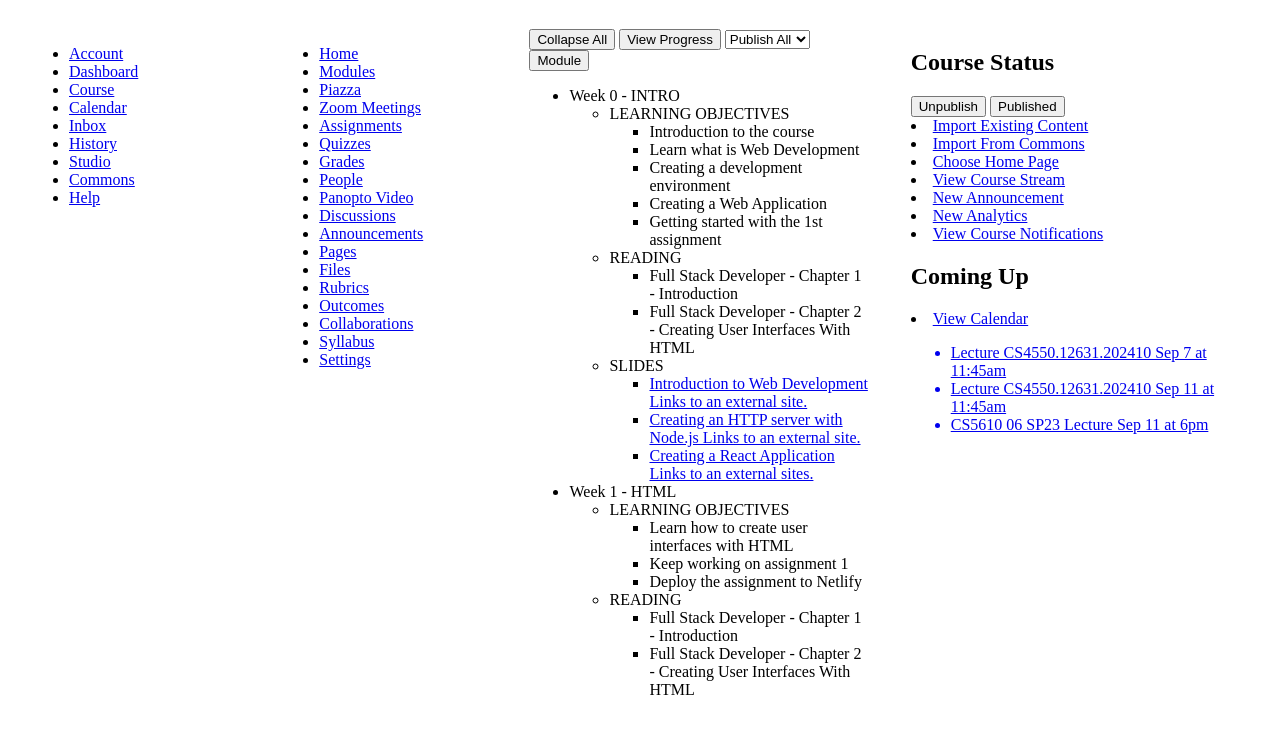
Repository: yuqiant/kanbas-react-web-app
Page: public/kanbas/grades.html
These files come from the project's save history. The page is drawn as it stood at one moment and after the next save; the edit follows.
The browser window is 1280 px wide. The pictures show the whole page.

Above is the page before, as saved 2023-09-12 00:41:49.

### public/kanbas/grades.html
<!DOCTYPE html>
<html lang="en">

<head>
    <meta charset="UTF-8">
    <meta name="viewport" content="width=device-width, initial-scale=1.0">
    <title>Column Interaction</title>
    <style>
        table {
            width: 100%;
            border-collapse: collapse;
        }

        td {
            width: 50%;
            border: 1px solid transparent;
            padding: 20px;
            vertical-align: top;
        }
    </style>
</head>

<body>
    <table>
        <tr>
            <td id="firstColumn" style="width: 150px;">
                <ul>
                    <li><a href="#">Account</a></li>
                    <li><a href="#">Dashboard</a></li>
                    <li><a href="#" onclick="showSecondColumn()">Course</a></li>
                    <li><a href="#">Calendar</a></li>
                    <li><a href="#">Inbox</a></li>
                    <li><a href="#">History</a></li>
                    <li><a href="#">Studio</a></li>
                    <li><a href="#">Commons</a></li>
                    <li><a href="#">Help</a></li>
                </ul>
            </td>
            <td id="secondColumn" style="width: 150px;">
                <ul>
                    <li><a href="#" onclick="showThirdColumn()">Home</a></li>
                    <li><a href="#">Modules</a></li>
                    <li><a href="#">Piazza</a></li>
                    <li><a href="#">Zoom Meetings</a></li>
                    <li><a href="#">Assignments</a></li>
                    <li><a href="#">Quizzes</a></li>
                    <li><a href="#">Grades</a></li>
                    <li><a href="#">People</a></li>
                    <li><a href="#">Panopto Video</a></li>
                    <li><a href="#">Discussions</a></li>
                    <li><a href="#">Announcements</a></li>
                    <li><a href="#">Pages</a></li>
                    <li><a href="#">Files</a></li>
                    <li><a href="#">Rubrics</a></li>
                    <li><a href="#">Outcomes</a></li>
                    <li><a href="#">Collaborations</a></li>
                    <li><a href="#">Syllabus</a></li>
                    <li><a href="#">Settings</a></li>
                </ul>
            </td>
            <td id="thirdColumn" style="width: 250px;">
                <button type="button">Collapse All</button>
                <button type="button">View Progress</button>

                <select id="select-one">
                    <option value="ALL">Publish All</option>

                </select>
                <button type="button">Module</button>


                <ul>
                    <li>Week 0 - INTRO
                        <ul>
                            <li>LEARNING OBJECTIVES
                                <ul>
                                    <li>Introduction to the course</li>
                                    <li>Learn what is Web Development</li>
                                    <li>Creating a development environment</li>
                                    <li>Creating a Web Application</li>
                                    <li>Getting started with the 1st assignment</li>
                                </ul>
                            </li>
                            <li>READING
                                <ul>
                                    <li>Full Stack Developer - Chapter 1 - Introduction</li>
                                    <li>Full Stack Developer - Chapter 2 - Creating User Interfaces With HTML</li>
                                </ul>
                            </li>
                            <li>SLIDES
                                <ul>
                                    <li><a href="#">Introduction to Web Development Links to an external site.</a></li>
                                    <li><a href="#">Creating an HTTP server with Node.js Links to an external site.</a>
                                    </li>
                                    <li><a href="#">Creating a React Application Links to an external sites.</a></li>
                                </ul>
                            </li>
                        </ul>
                    </li>

                    <li>Week 1 - HTML
                        <ul>
                            <li>LEARNING OBJECTIVES
                                <ul>
                                    <li>Learn how to create user interfaces with HTML</li>
                                    <li>Keep working on assignment 1</li>
                                    <li>Deploy the assignment to Netlify</li>
                                </ul>
                            </li>
                            <li>READING
                                <ul>
                                    <li>Full Stack Developer - Chapter 1 - Introduction</li>
                                    <li>Full Stack Developer - Chapter 2 - Creating User Interfaces With HTML</li>
                                </ul>
                            </li>

                        </ul>

                    </li>




            </td>
            <td id="fourthColumn" style="width: 250px;">


                <h2>Course Status</h2>
                <button type="button">Unpublish</button>
                <button type="button">Published</button>
                <li><a href="#">Import Existing Content</li>
                <li><a href="#">Import From Commons</li>
                <li><a href="#">Choose Home Page</li>
                <li><a href="#">View Course Stream</li>
                <li><a href="#">New Announcement</li>
                <li><a href="#">New Analytics</li>
                <li><a href="#">View Course Notifications</a></li>


                <h2>Coming Up</h2>
                <li><a href="#">View Calendar
                        <ul>
                            <li>Lecture CS4550.12631.202410 Sep 7 at 11:45am</li>
                            <li>Lecture CS4550.12631.202410 Sep 11 at 11:45am</li>
                            <li>CS5610 06 SP23 Lecture Sep 11 at 6pm</li>
                        </ul>
                </li>



            </td>
        </tr>
    </table>

</body>

</html>

After the next save:
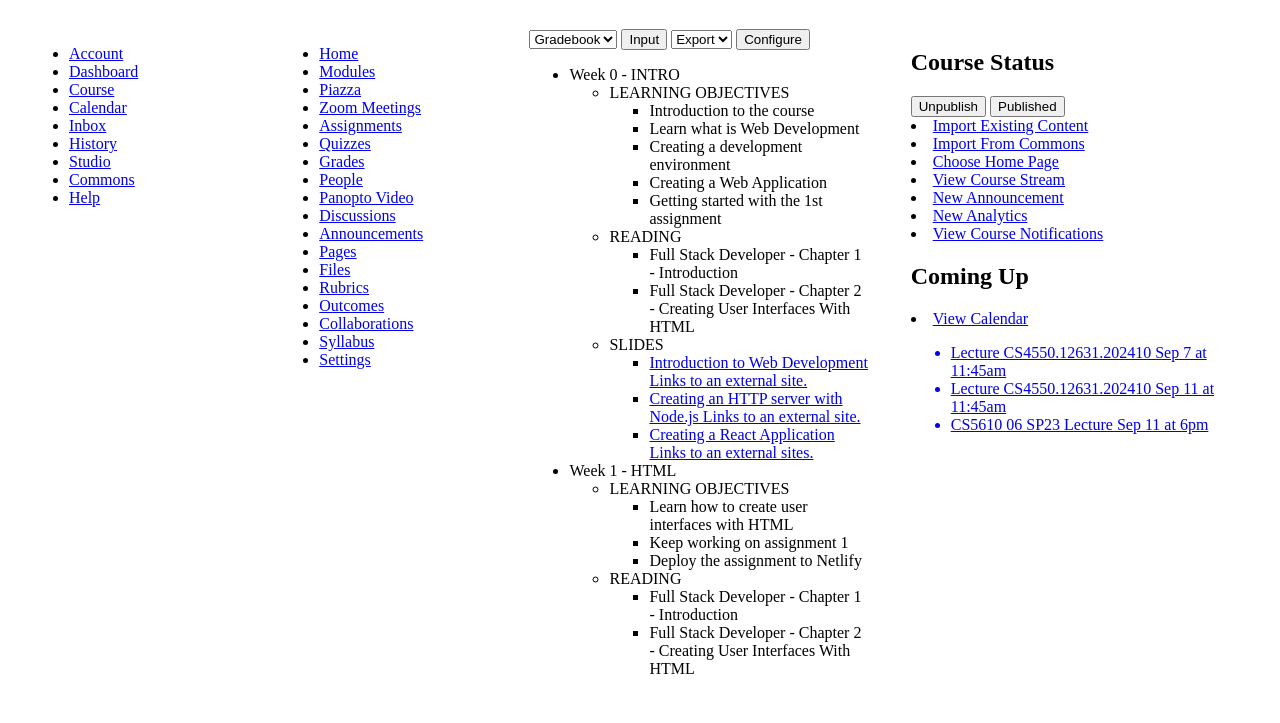
Saved 84 s later.
--- a/public/kanbas/grades.html
+++ b/public/kanbas/grades.html
@@ -59,14 +59,17 @@
                 </ul>
             </td>
             <td id="thirdColumn" style="width: 250px;">
-                <button type="button">Collapse All</button>
-                <button type="button">View Progress</button>
+                <select id="select-one">
+                    <option value="ALL">Gradebook</option>
+
+                </select>
+                <button type="button">Input</button>
 
                 <select id="select-one">
-                    <option value="ALL">Publish All</option>
+                    <option value="ALL">Export</option>
 
                 </select>
-                <button type="button">Module</button>
+                <button type="button">Configure</button>
 
 
                 <ul>
